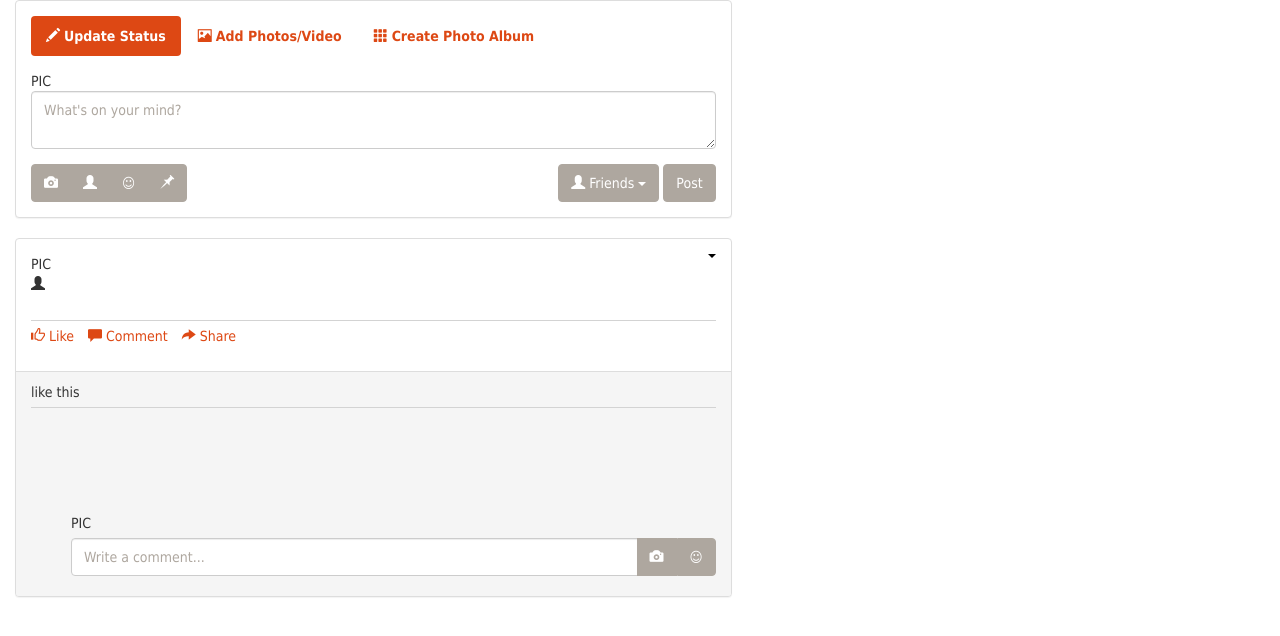
Repository: harshagithub19/news_feed
Page: fbapp3/src/main/webapp/newcheck.html
An editor plug-in stored every save of this project. The page is shown before and after the next save, followed by the edit.
The browser window is 1280 px wide. The pictures show the whole page.
The page's requests for data from a server got no answer. Some web fonts or font styles are not loaded; a fallback is used. Some web libraries are served in a nearby version.

Above is the page before, as saved 2017-03-03 20:20:20.

### fbapp3/src/main/webapp/newcheck.html
<!DOCTYPE html>
<html>
<head>
<meta charset="UTF-8">
<meta http-equiv="Content-Type" content="text/html; charset=ISO-8859-1">


<script src="https://ajax.googleapis.com/ajax/libs/jquery/3.1.1/jquery.min.js"></script>
<script src="https://ajax.googleapis.com/ajax/libs/jquery/3.1.1/jquery.ui.min.js"></script>
<script src="https://maxcdn.bootstrapcdn.com/bootstrap/3.3.7/js/bootstrap.min.js"></script>
<script type="text/javascript" src="http://cdn.jsdelivr.net/jquery.cookie/1.3.1/jquery.cookie.js"></script>
<link href="bootstrap/css/bootstrap.css" rel="stylesheet" />
<link href="assets/css/bootstrap-united.css" rel="stylesheet" />



<style type="text/css" >
  hr {
  margin-top: 5px;
  margin-bottom: 5px;
  /* The color of `hr` is set by its top border color.
     Yeah, it's weird. */
  border-top: 1px solid lightgray;
}
</style>

<script type="text/javascript">

  $(document).ready(function(){

	  //  var obj1 = {user_id:21};
	//	var myJSON1 = JSON.stringify(obj1);
	var user_id=21;
  	       	$.ajax({
  	                   url: "http://localhost:8080/fbapp3/webapi/status/21/",
  	                   type: "GET",
  	                   //data: "myJSON1",
  	                   dataType: "json",
  	                   contentType : "application/json",
  	                   crossDomain: true,
  	                   processData: true,
  	                   success: function(response){


  	                	if(response!=null){
  	                		 //alert("working");
  	                    var data =JSON.parse(JSON.stringify(response));
  	                     var forstatus;

	                	   forstatus = "<p"+">"+ data[0].status_desc+ "</p>";
	                	   $("#forstatus").html(forstatus);


	                	   var dateandperson;

	                	       dateandperson = "<a href="+"#"+">"+ data[0].author_id+ "</a>";
	                	       dateandperson += "<br"+">"+ data[0].created;


	                	   $("#dateandperson").html(dateandperson);
	                	   //likescount
	                	   var likesCount= "<a href="+"#"+">"+ data[0].LikesCount+"</a>";
	                	   $("#likesCount").html(likesCount);
  	                      var cmnt=data[0].a;
  	                      var output= "<ul class="+"media-list"+">";
	                	   for (i=0; i < cmnt.length; i++){
	                	      // output += "<li class="+"media"+">"+ cmnt[i].comment_desc+ "</li>" +"<hr>";
	                	     // output+= "<li class="+"media"+">" + "<div class="+"media-left"+">"+PIC+"</div>"+"<div class="+"media-body"+">" + cmnt[i].comment_desc+"</div>"+"</li>"+"<hr>"
	                	       output+= "<li class="+"media"+">" +"<div class="+"media-left"+">"+data[0].author_id+"</div>"+"<div class="+"media-body"+">"+cmnt[i].comment_desc+"</div>"+"</li>"+"<hr>";
	                	   }
	                	   output += "</ul>";
  	                	   $("#output").html(output);


  	                       /***


		  	                	       // status
		  	                	        var forstatus="<p>"+data[0].status_desc+"</p";

		  	                	      //comments
				  	                	var output= "<ul class="+"media-list"+">";
				  	                	   for (i=0; i < data.length; i++){
				  	                	       output += "<li class="+"media"+">"+ data[0].a[i].comment_desc+ "</li>";

				  	                	   }

				  	                	   output += "</ul>";
				  	                	   $("#output").html(output);
				  	                	 //
				  	                	//date and person
				  	  	                	var dateandperson;

				  	  	                	       dateandperson += "<a href="+"#"+">"+ data[0].user_id+ "</a>";
				  	  	                	      // dateandperson += "<br>"+ data[0].created;


				  	  	                	   $("#dateandperson").html(dateandperson);


  	                       ***/


  	                }

  	                    else
  	                    {
							//	alert("not working");
  	                    	   window.location.href = "AddInfo.html";
  	                    	   }
  	                     },
  	          			error: function(e){
  	            					alert('Error121212: ' + e);
  	            					alert(e.toString());
  	          			}

  	    	  });

	 });
</script>
<title>Insert title here</title>
</head>
<body>


<!-- Main feed: A cell that spans 7 columns -->
<div class="col-md-7">
  <!-- Status update entry -->
  <div class="panel panel-default">
    <div class="panel-body">

	    <ul class="nav nav-pills">
	      <li role="presentation" class="active">
	        <a href="#"><span class="glyphicon glyphicon-pencil"></span> <strong>Update Status</strong></a>
	      </li>
	      <li role="presentation">
	        <a href="#"><span class="glyphicon glyphicon-picture"></span> <strong>Add Photos/Video</strong></a>
	      </li>
	      <li role="presentation">
	        <a href="#"><span class="glyphicon glyphicon-th"></span> <strong>Create Photo Album</strong></a>
	      </li>
	    </ul>

        <div class="media">
			  <div class="media-left media-top">
			    PIC
			  </div>
			  <div class="media-body">
			    <div class="form-group">
			      <!-- rows="2" means "display the textarea as 2 rows high". The user can
			           enter more than 2 rows of text. -->
			      <textarea class="form-control" rows="2" placeholder="What's on your mind?"></textarea>
			    </div>
			  </div>
       </div>

      <div class="row">
		  <div class="col-md-6">
		    <div class="btn-group" role="group">
		      <button type="button" class="btn btn-default">
		        <span class="glyphicon glyphicon-camera"></span>
		      </button>
		      <button type="button" class="btn btn-default">
		        <span class="glyphicon glyphicon-user"></span>
		      </button>
		      <button type="button" class="btn btn-default">
		        ☺
		      </button>
		      <button type="button" class="btn btn-default">
		        <span class="glyphicon glyphicon-pushpin"></span>
		      </button>
		    </div>
		  </div>
		  <div class="col-md-6">
		    <div class="pull-right">
		      <button type="button" class="btn btn-default">
		        <span class="glyphicon glyphicon-user"></span> Friends <span class="caret"></span>
		      </button>
		      <button type="button" class="btn btn-default">
		        Post
		      </button>
		    </div>
		  </div>
     </div>




    </div>
  </div>
  <!-- Status update #1 -->
  <div class="panel panel-default">
  <div class="panel-body">
    <!-- Post metadata -->
    <div class="row">
      <div class="col-md-10">
        <div class="media">
          <div class="media-left media-top">PIC</div>
          <div class="media-body">
            <p id="dateandperson">
            <span class="glyphicon glyphicon-user"></span>
          </div>
        </div>
      </div>
      <div class="col-md-2">
        <span class="caret pull-right"></span>
      </div>
    </div>
    <!-- Post content -->
    <div class="row">
      <div class="col-md-12">
       <p id="forstatus">
      </div>
    </div>
  <hr>
  <div class="row">
		  <div class="col-md-12">
		    <ul class="list-inline">
		      <li>
		      <a href="#"><span class="glyphicon glyphicon-thumbs-up"></span> Like</a>
		      </li>
		      <li>
		      <a href="#"><span class="glyphicon glyphicon-comment"></span> Comment</a>
		      </li>
		      <li>
		      <a href="#"><span class="glyphicon glyphicon-share-alt"></span> Share</a>
		      </li>
		    </ul>
		  </div>
  </div>
 </div> <!--  div of panel body for status update 1 -->
 <!-- panel body footer -->
 <div class="panel-footer" id="o">
	  <div class="row">
	    <div class="col-md-12" id="likesCount">
	      like this
	    </div>

	   </div>


  <hr>
  <div class="pre-scrollable" style="height:100px;">
       <p id="output"></p>
       <br>

  </div>

   <ul>
   <li class="media">
      <div class="media-left" style= "height:25px;width:25px;">
        PIC
      </div>
      <div class="media-body">
        <div class="input-group">
          <input type="text" class="form-control" placeholder="Write a comment...">
          <span class="input-group-btn">
            <button class="btn btn-default" type="button">
              <span class="glyphicon glyphicon-camera"></span>
            </button>
            <button class="btn btn-default" type="button">
              ☺
            </button>
          </span>
        </div>
      </div>
    </li>
   </ul>


 <!--   <ul class="media-list">
    <li class="media">
      <div class="media-left media-top">
        PIC
      </div>
      <div class="media-body">
        <a href="#">Someone Else</a> hope everything is ok!

      </div>
    </li>
    <li class="media">
      <div class="media-left media-top">
        PIC
      </div>
      <div class="media-body">
        <div class="input-group">
          <input type="text" class="form-control" placeholder="Write a comment...">
          <span class="input-group-btn">
            <button class="btn btn-default" type="button">
              <span class="glyphicon glyphicon-camera"></span>
            </button>
            <button class="btn btn-default" type="button">
              ☺
            </button>
          </span>
        </div>
      </div>
    </li>
  </ul> -->



</div>



</div> <!--  div of panel default for status update 1 -->

</div>





</body>
</html>

Loaded but not shown: fbapp3/src/main/webapp/bootstrap/css/bootstrap.css (library); fbapp3/src/main/webapp/assets/css/bootstrap-united.css (library)

After the next save:
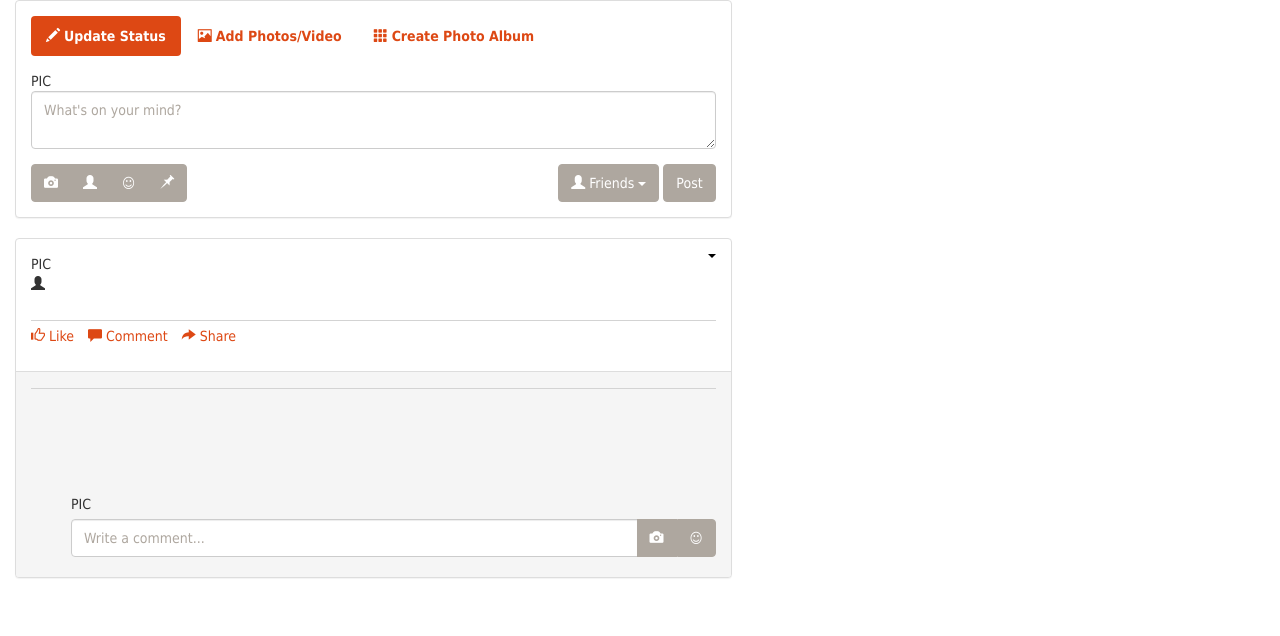
Saved 3 min 9 s later.
--- a/fbapp3/src/main/webapp/newcheck.html
+++ b/fbapp3/src/main/webapp/newcheck.html
@@ -233,7 +233,7 @@
  <div class="panel-footer" id="o">
 	  <div class="row">
 	    <div class="col-md-12" id="likesCount">
-	      like this
+
 	    </div>
 
 	   </div>
